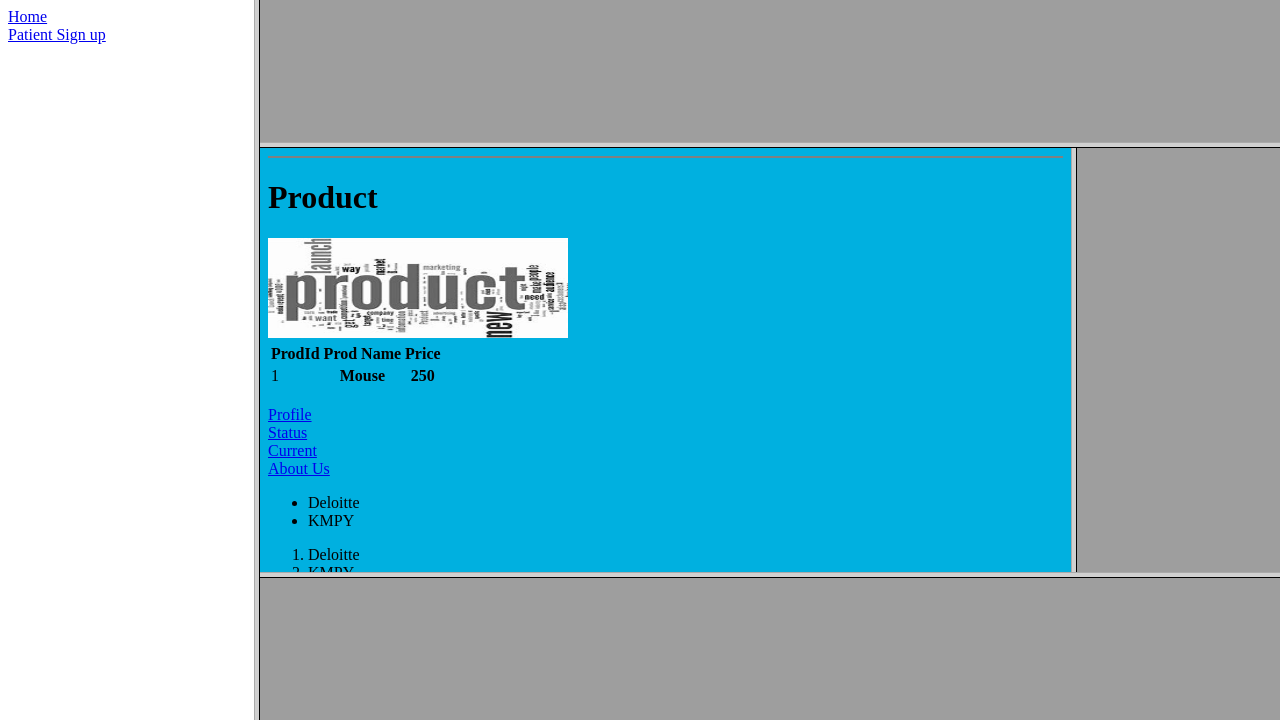
Repository: abhishek110597/Deloitte
Page: Workspace/JavaTraining/home.html
An editor plug-in stored every save of this project. The page is shown before and after the next save, followed by the edit.
The browser window is 1280 px wide. The pictures show the whole page.

Above is the page before, as saved 2019-12-28 06:56:10.

After the next save:
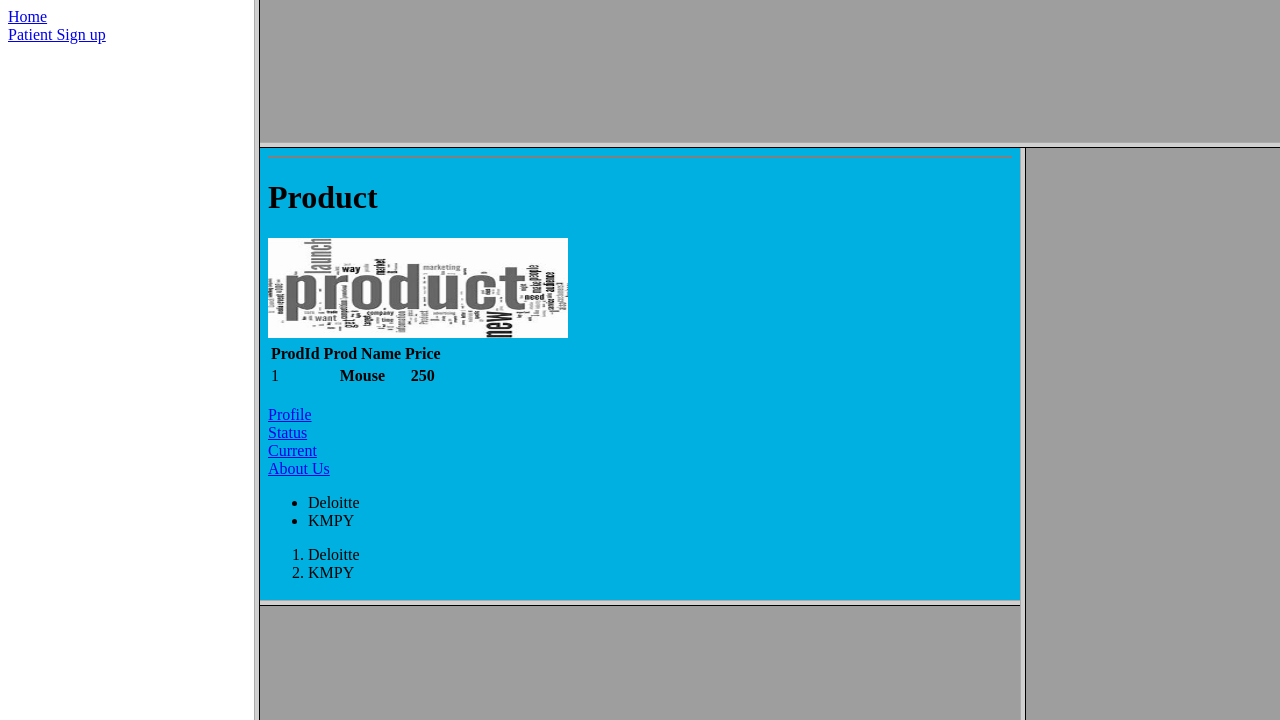
Saved 65 s later.
--- a/Workspace/JavaTraining/home.html
+++ b/Workspace/JavaTraining/home.html
@@ -8,8 +8,8 @@
 	<frame src="nav.html" name="nav" />
 	<frameset rows="20%,80%">
 		<frame src="logo.html" name="logo" />
-		<frameset rows="75%,25%">
-			<frameset cols="80%,20%">
+		<frameset cols="75%,25%">
+			<frameset rows="80%,20%">
 				<frame src="index.html" name="main" />
 				<frame src="footer.html" name="foot" />
 			</frameset>
